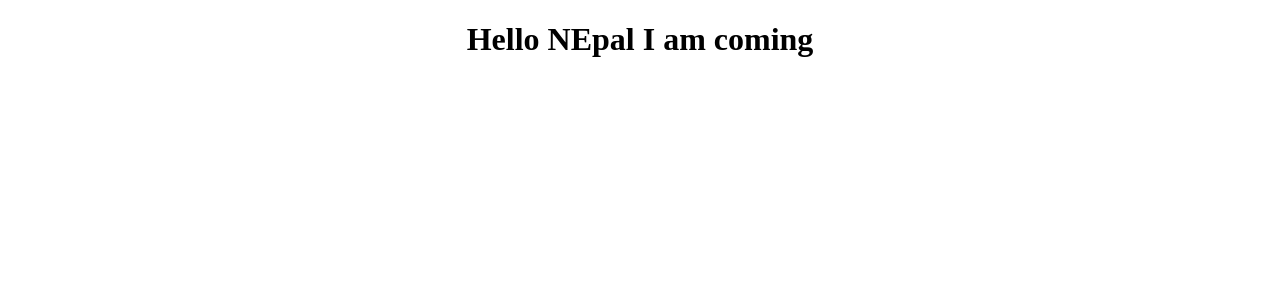
Repository: sajin-shrestha/React-Workshop
Page: /
The author's editor kept a copy of each file at every save. The page is drawn from the files as they stood at one save, then again after the next save.
The browser window is 1280 px wide. The pictures show the whole page.
The page's requests for data from a server got no answer. The project was rebuilt for these pictures with package versions that can differ from the ones it lists, and the page was loaded fresh each time. No one was signed in, and anything a server would have sent is missing. Also part of the build but not shown: vite.config.js.

Above is the page before, as saved 2025-07-05 19:06:39.

### index.html
<!doctype html>
<html lang="en">
  <head>
    <meta charset="UTF-8" />
    <link rel="icon" type="image/svg+xml" href="/vite.svg" />
    <meta name="viewport" content="width=device-width, initial-scale=1.0" />
    <title>React- 21 course</title>
  </head>
  <body>
    <div id="root"></div>
    <script type="module" src="/src/main.jsx"></script>
  </body>
</html>

### src/index.css
#card{
    background-color: aqua;
    color: rgb(0, 0, 0);
    margin: 30px ;
    width: 300px;
    padding: 30px 20px;
    border: 2px solid burlywood;
    border-radius: 20px;
    display: flex;
    flex-direction: column;
    list-style-type: none;
}

#container{
    display: flex;
    background-color: rgb(51, 51, 156);
    border-radius: 20px;
    flex-wrap: wrap
    /* height: 500px; */
    /* width: 500px; */
    /* overflow: hidden; */
}

### src/App.jsx
import React, {useEffect, useState} from 'react'

const App = () => {
  const [users, setUser] = useState([]);
  useEffect(() =>{
    fetch('https://jsonplaceholder.typicode.com/users')
    .then((response => response.json()))
    .then((json =>
      // console.log(json),
      setUser(json)
      ))
  },[])
  return (
    <div>
      <h1 style={{alignItems:'center', textAlign: 'center'}}>Hello NEpal I am coming</h1>
      {/* <p>{user.name}</p> */}
      <div >
      <ul id='container'>
        {
          users.map((user)=>(
            <div key={user.id} id='card'>
            <li>Name :{user.name}</li>
            <li>Email:{user.email}</li>
            <li>Phone:{user.phone}</li>
            <li>Company:{user.company.name}</li>
            <li>Address:{user.address.city}</li>
            </div>
          ))
        }
      </ul>
    </div>
    </div>
  )
}

export default App

Loaded but not shown: src/main.jsx (common file)

After the next save:
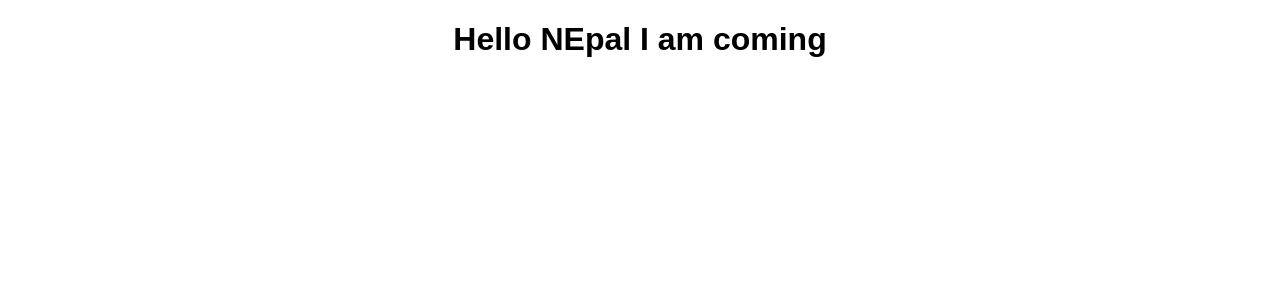
Saved 42 s later.
--- a/src/index.css
+++ b/src/index.css
@@ -1,3 +1,6 @@
+*{
+    font-family: sans-serif;
+}
 #card{
     background-color: aqua;
     color: rgb(0, 0, 0);
